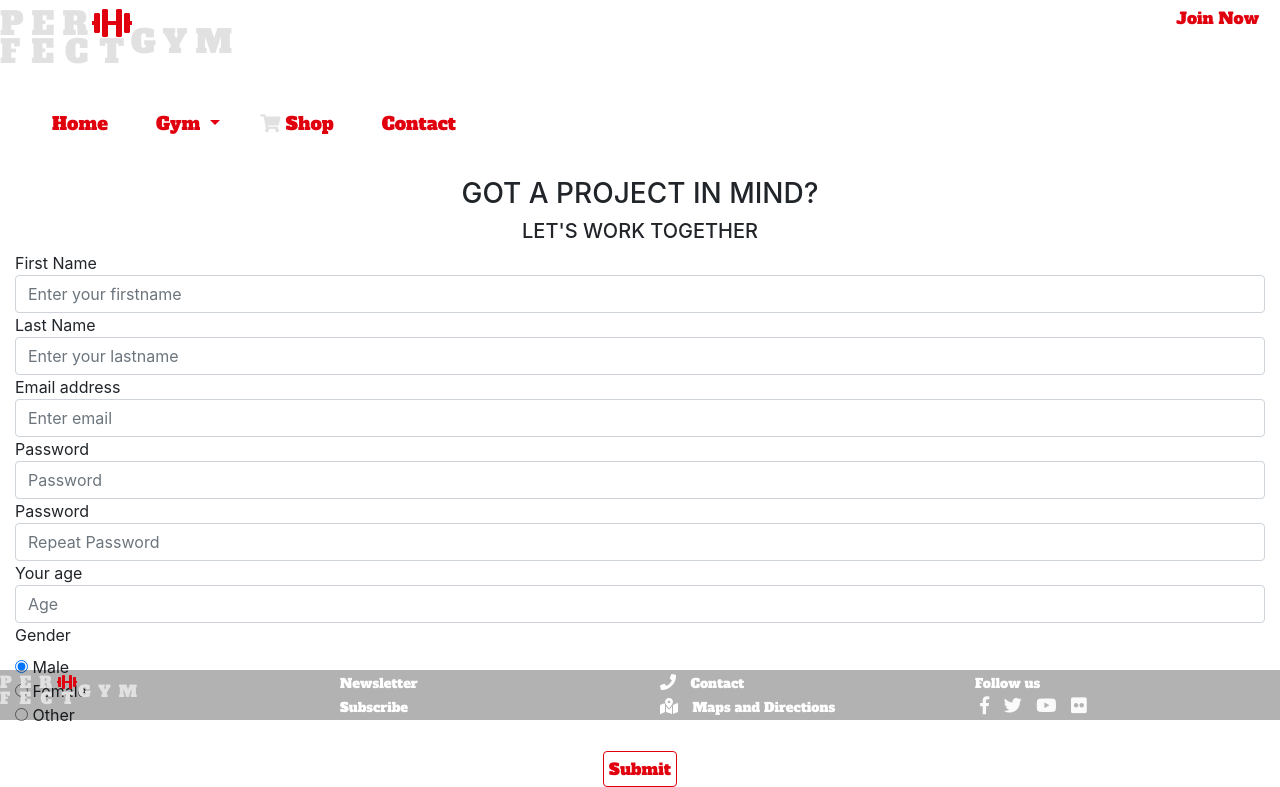
Repository: meghdadyazdi/UCFD-Milestone
Page: contact.html
The author's editor kept a record of every edit. The page is drawn from the files as they stood at one moment, then again after the next edit.
The browser window is 1280 px wide. The pictures show the whole page.
Some web libraries are served in a nearby version.

Above is the page before.

After the next edit:
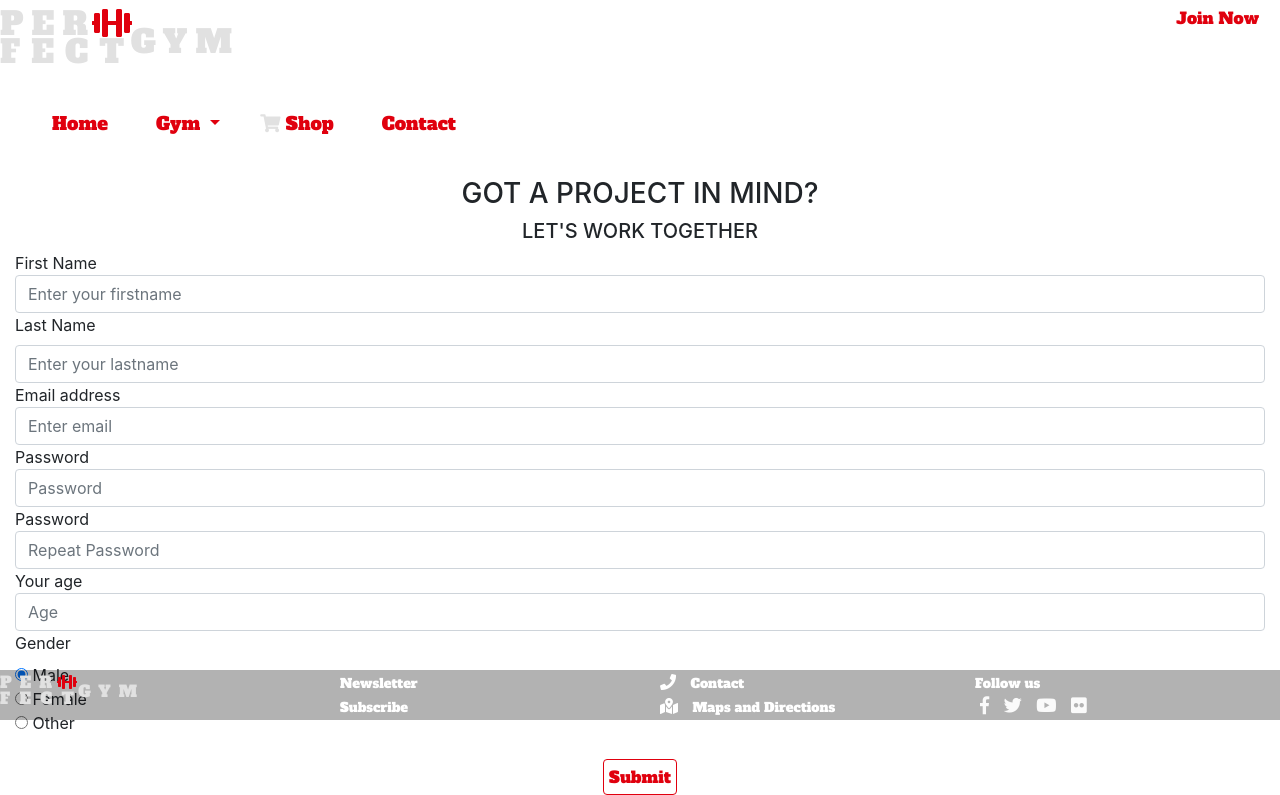
The edit:
--- a/contact.html
+++ b/contact.html
@@ -104,7 +104,7 @@
                             <input type="text" class="form-control" id="firstname" placeholder="Enter your firstname">
                         </div>
                         <div class="form-group m-0 p-0">
-                            <label class="m-0 p-0" for="lastname">Last Name</label>
+                            <label class="font-contactm-0 p-0" for="lastname">Last Name</label>
                             <input type="text" class="form-control" id="lastname" placeholder="Enter your lastname">
                         </div>
                         <div class="form-group m-0 p-0">

After the 2 edits that followed:
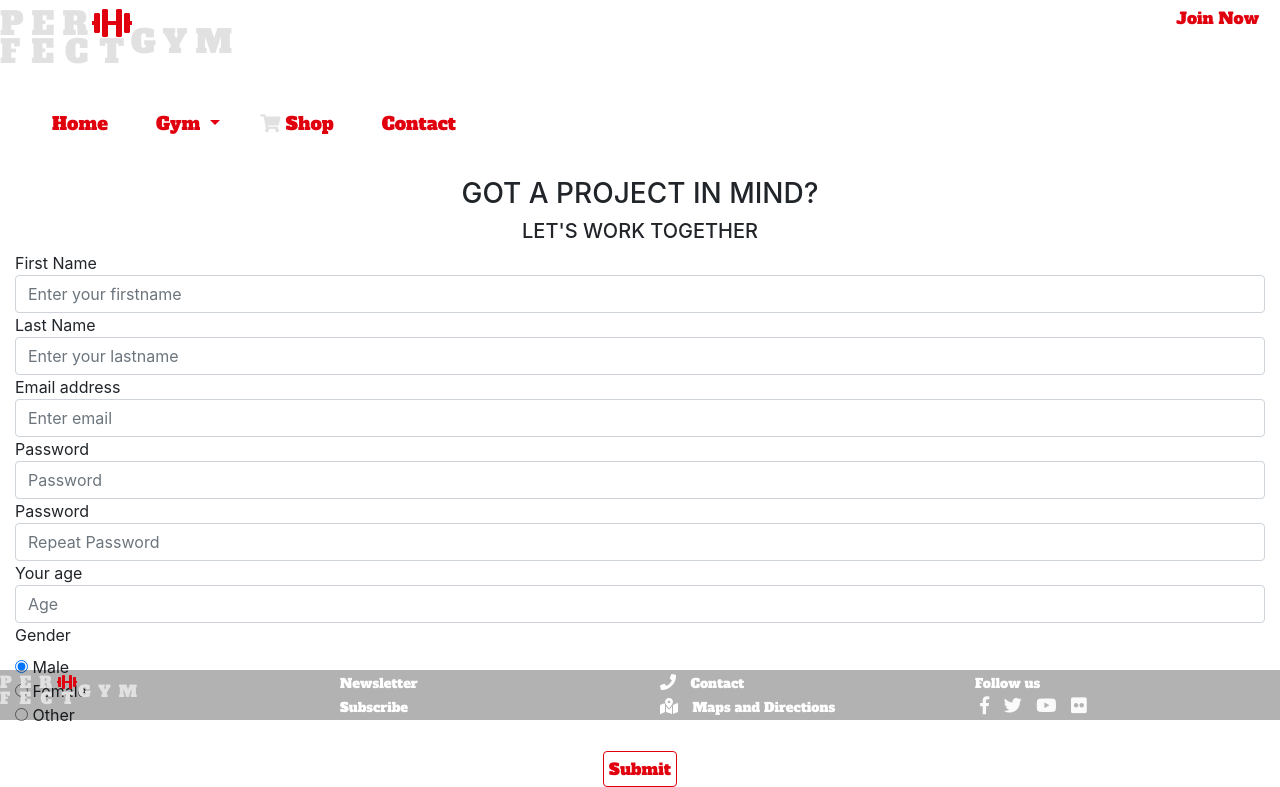
The 2 edits are shown as one change because 1 left the picture as it was.
The edit:
--- a/contact.html
+++ b/contact.html
@@ -104,11 +104,11 @@
                             <input type="text" class="form-control" id="firstname" placeholder="Enter your firstname">
                         </div>
                         <div class="form-group m-0 p-0">
-                            <label class="font-contactm-0 p-0" for="lastname">Last Name</label>
+                            <label class="font-contact m-0 p-0" for="lastname">Last Name</label>
                             <input type="text" class="form-control" id="lastname" placeholder="Enter your lastname">
                         </div>
                         <div class="form-group m-0 p-0">
-                            <label class="m-0 p-0" for="exampleInputEmail1">Email address</label>
+                            <label class="font-contact m-0 p-0" for="exampleInputEmail1">Email address</label>
                             <input type="email" class="form-control" id="exampleInputEmail1" aria-describedby="emailHelp" placeholder="Enter email">
                         </div>
                         <div class="form-group m-0 p-0">
